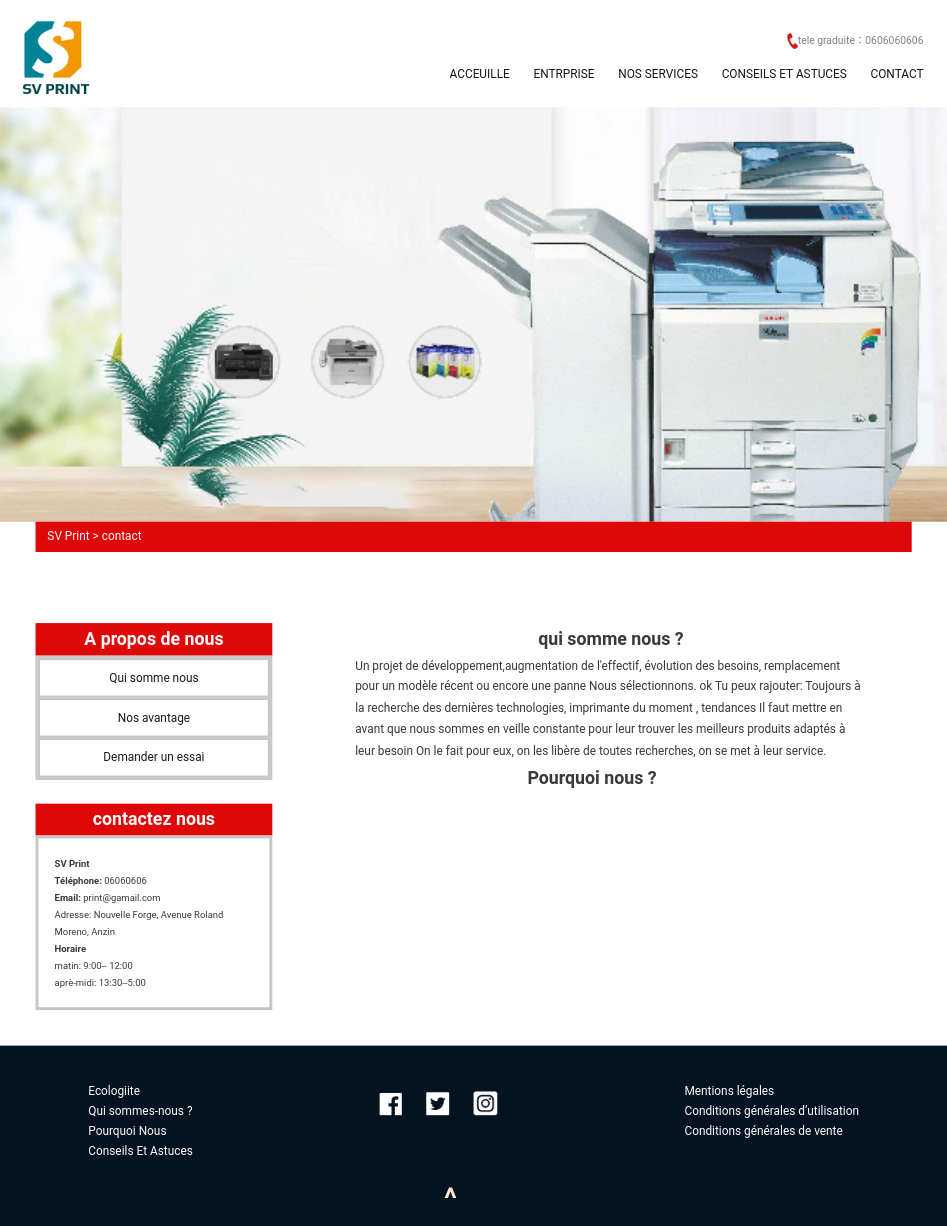
Repository: clairedupuich/sv_print
Page: index.html
An editor plug-in stored every save of this project. The page is shown before and after the next save, followed by the edit.
The browser window is 1280 px wide. The pictures show the whole page, at 74% of full size.

Above is the page before, as saved 2020-12-04 00:45:11.
Console error: TypeError: Cannot read properties of null (reading 'appendChild')

### index.html
<!doctype html>
<html>
<head>
  <meta charset="utf-8">
  <meta name="viewport"
        content="width=device-width, initial-scale=1, user-scalable=no">
<title>SV Print</title>

<link href="style.css" rel="stylesheet" type="text/css">
<script src="print.js" type="text/javascript"></script>
</head>
<body>
<header id="fh5co-header">




  <div class="logo_nav"id="logo_nav">
    <img src="img/logo4.png" alt="SV Print" class="logo" />
     <div class="nav_tele">
      <div class="tel">
        <img src="img/call.png" class="margin-small-right"
        alt="" />tele graduite：0606060606</div>
    <ul class="nav nav-menu nav-inline nav-split nav-right text-big">
      <li id="liHome" class="home"> <a href="">ACCEUILLE</a></li>
      <li id="liabout-us" class="dropdown"><a href="">ENTRPRISE</a></li>
      <li id="liproducts" class="dropdown"><a href="">NOS SERVICES</a></li>
      <li class="side_nav1" id="cat2"><a href="">CONSEILS ET ASTUCES</a></li>
      <li class="side_nav1" id="cat1"><a href="">CONTACT</a></li>
    </ul>
    </div>
  </div>
</header>



    <div id="view">
      <ul id="img_list">
        <li id="slider1" class="owl-item"><img src="img/img_slider_1.png" class="img_slider" alt=""></li>
        <ul class="boutton_change">
          <a href="#slider5"><li><b> < </b></li></a>
          <a href="#slider2"><li><b> > </b></li></a>
        </ul>
        <li id="slider2" class="owl-item"><img src="img/Group 4.png" alt="" class="img_slider"></li>
        <ul class="boutton_change">
          <a href="#slider1"><li><b> < </b></li></a>
          <a href="#slider3"><li><b> > </b></li></a>
        </ul>
        <li id="slider3" class="owl-item"><img src="img/img_slider_31.png" alt="" class="img_slider"></li>
        <ul class="boutton_change">
          <a href="#slider2"><li><b> < </b></li></a>
          <a href="#slider4"><li><b> > </b></li></a>
        </ul>
        <li id="slider4" class="owl-item"><img src="img/promo.png" alt="" class="img_slider"></li>
        <ul class="boutton_change">
          <a href="#slider3"><li><b> < </b></li></a>
          <a href="#slider4"><li><b> > </b></li></a>
        </ul>
      </ul>
    </div>

<div class="blankbig"></div>
<!-- 临时图片 -->
<div class="img_big">
  <!-- <h3>Notre philosophie</h3>
  <p>"Ne vous plaignez jamais du client à caractère difficile car il est la caust de vos progrès"<br><br>Auguste Detoeuf</p> -->
</div>



<main>
  <div class="red">
    <p>SV Print > contact</p>
  </div>
  <div class="container_cont">
    <div class="left">
      <div class="top">
        <p class="titre">A propos de nous</p>
        <div class="about_us">
        <p class="li_left"><a href="">Qui somme nous</a></p>
        <p class="li_left"><a href="">Nos avantage</a></p>
        <p class="li_left"><a href="">Demander un essai</a></p>
      </div>
      </div>
      <div class="bottom">
        <h3 class="titre">contactez nous</h3>
        <p class="adress">
         <b>SV Print </b> <br>
         <b>Téléphone:</b> 06060606
        <br><b>Email:</b> print@gamail.com
        <br>Adresse:</b> Nouvelle Forge, Avenue Roland Moreno, Anzin

        <br><b>Horaire</b>
        <br>matin: 9:00-- 12:00
        <br>aprè-midi: 13:30--5:00
        </p>
      </div>
    </div>

    <div class="right" id="cont">
      <div class="presant">
        <h3>qui somme nous ?</h3>
        <p>Un projet de développement,augmentation de l'effectif, évolution des besoins, remplacement pour un modèle récent ou encore une panne
          Nous sélectionnons.	ok
          Tu peux rajouter:
          Toujours à la recherche des dernières technologies, imprimante du moment , tendances
          Il faut mettre en avant que nous sommes en veille constante pour leur trouver les meilleurs produits adaptés à leur besoin
          On le fait pour eux, on les libère de toutes recherches, on se met à leur service.</p>
      </div>
      <div class="avandage_e">
        <div class="avantage_tex">
          <h3>Pourquoi nous ?</h3>
          <p></p>
        </div>
        <img src="" alt="" class="img_avan">
      </div>

  </div>
</main>



          <footer>
            <div class="textFooterC">
                <div class="texFooter">
                    <a href="" class="textFooterEle">Ecologiite</a>
                    <a href="" class="textFooterEle">Qui sommes-nous ? </a>
                    <a href="" class="textFooterEle">Pourquoi Nous</a>
                    <a href="" class="textFooterEle">Conseils Et Astuces</a>

                </div>
                <div class="texFooter1 icon_footer">
                  <img src="img/Vector 1.png" alt="" class="iconFooter">
                  <img src="img/Vector2.png" alt="" class="iconFooter">
                  <img src="img/Vector 3.png" alt="" class="iconFooter">
                </div>
                <div class="texFooter">
                    <a href="" class="textFooterEle">Mentions légales</a>
                    <a href="" class="textFooterEle">Conditions générales d’utilisation</a>
                    <a href="" class="textFooterEle">Conditions générales de vente</a>
                </div>
            </div>
            <a href="#logo_nav" class="return_top"> ^ </a>
        </footer>
				</body>
</html>

### style.css
/* 主要部分 style.css */
* {
    margin: 0;
    padding: 0;
    list-style: none;
    text-decoration: none;
}

body {
    font-family: Roboto, Oxygen, Ubuntu, Cantarell, 'Open Sans', 'Helvetica Neue', sans-serif;
    font-size: 16px;
    line-height: 1.8;
    color: #3a3939;
    background: #FFF;
    height: 100%;

}

a:hover {
    text-decoration: none;
}


h1,
h2,
h3,
h4 {
    text-align: center;
    font-size: 1.5em;
    font-weight: bolder;
}
.logo {
    width: 12%;
    min-width: 4em;
    height: 12%;
    min-width: 4em;
}
.nav_tele {
    margin-right: 2em;
}
.tel {
    display: block;
    margin-bottom: 1.5em;
    text-align: right;
    line-height: 20px;
    color: #808080;
    font-size: 14px
}

.tel img {
    vertical-align: middle;
}

.logo_nav {
    display: flex;
    flex-direction: row;
    flex-wrap: wrap;
    align-items: center;
    margin-top: 1em;
    justify-content: space-between;
}
.logo_nav ul {
    display: flex;
    flex-direction: row;
    flex-wrap: wrap;
    align-items: center;
    justify-content: space-around;
    list-style: none;

}
.logo_nav ul li {
    margin-left: 2em;
}
.logo_nav ul li a{

    text-decoration: none;
    color: rgb(24, 22, 22);
    text-align: center;
}
.logo_nav ul li:hover {
     background-color: rgb(78, 120, 135);
     background-clip: content-box;

}
/* nav 结束 */

/* slider */

.img_slider {
    width: 100%;
    height: 45em;
    position: absolute;
}
#view {
    position: relative;
    width: 100%;
    overflow: hidden;
}
#view:after {
    content: '.';
    display: block;
    clear: both;
    height: 0;
    visibility: hidden;
  }
  #img_list {
    position: absolute;
    width: 100%;
  }
  #img_list li {
    float: left;
     width: 100%;
    height:46em;
  }
.blankbig {
    clear: both;
}


.boutton_change {
    display: flex;
    flex-direction: row;
    justify-content: space-around;
    cursor: pointer;
    padding: 2em 46% 0;
  }
  .boutton_change a {
    color: #000000;
    text-decoration: none;
  }
  .boutton_change a li {
    list-style: none;
  }

.container {
    display: flex;
    flex-direction: row;
    flex-wrap: wrap;
    align-items: center;
    justify-content: center;
    margin: 3.5em auto;
    text-align: center;
}
/* image replace */
.img_big {
    background-image: url(img/slider_img1.png);
    background-position: center;
    background-repeat: no-repeat;
    background-size: cover;
    height: 19em;
    padding: 12em 2em 4em 30em;
    color: ivory;
}
.img_big p {
    padding-left: 17em;
    margin-top: 3em;
}


/* footer commence */
footer {

    color: snow;
    margin-top: 2em;
    width: 100%;
    background-color: #031322;
    margin-bottom: 0;
}
.textFooterC {
    display: flex;
    flex-direction: row;
    flex-wrap: wrap;
    justify-content: space-around;
    padding-top: 3em;
    padding-bottom: 1em;
}
.texFooter {
    display: flex;
    flex-direction: column;
    line-height: 1.7em;

}

.textFooterEle {
    text-decoration: none;
    list-style: none;
    color: snow;
}
.iconsFooter {
    background-color: #0F4C81;
    text-align: center;
}
.iconFooter{
   padding: 0.9em;
}
.return_top {
    width: 100%;
    font-size: 2.5em;
    font-weight: bold;
    color: blanchedalmond;
    text-align: center;
    margin-left: 15em;
    /* margin-bottom: -3em; */
}

/* page contact commance */
.red {
    margin: 0 3em;
    padding: .4em 1em;
    background-color: rgb(223, 8, 8);
    color: snow;
    margin-bottom: 6em;
}
.container_cont {
    margin: 3em;
    display: flex;
    flex-direction: row;
    justify-content: space-between;
}
.top {
    width: 30%;
    min-width: 20em;
    text-align: center;
    margin-bottom: 2em;

}

.about_us {
    border: solid rgb(201, 197, 197) 3px;
    line-height: 3em;
}
.li_left {
    padding: 2em auto;
    color: black;
    border: solid rgb(201, 197, 197) 3px;
}
.li_left:hover {
    background-color: rgb(201, 197, 197);
}
.li_left a {
    color: rgb(26, 24, 24);
}
.titre {
    padding: 2.5em auto;
    color: snow;
    background-color:  rgb(223, 8, 8);;
    font-size: 1.5em;
    font-weight: bold;
}
.bottom {
    width: 30%;
    min-width: 20em;
    text-align: left;
}
.bottom p {
    font-size: .8em;
    border: solid rgb(201, 197, 197) 4px;
    padding: 1.7em;
}

.presant {
    width: 80%;
    margin-left: 7em;
}

### print.js
/* for the slider */
var img_list = document.getElementById('img_list');
setInterval(function () {
    img_list.appendChild(img_list.firstChild);
}, 2500)

After the next save:
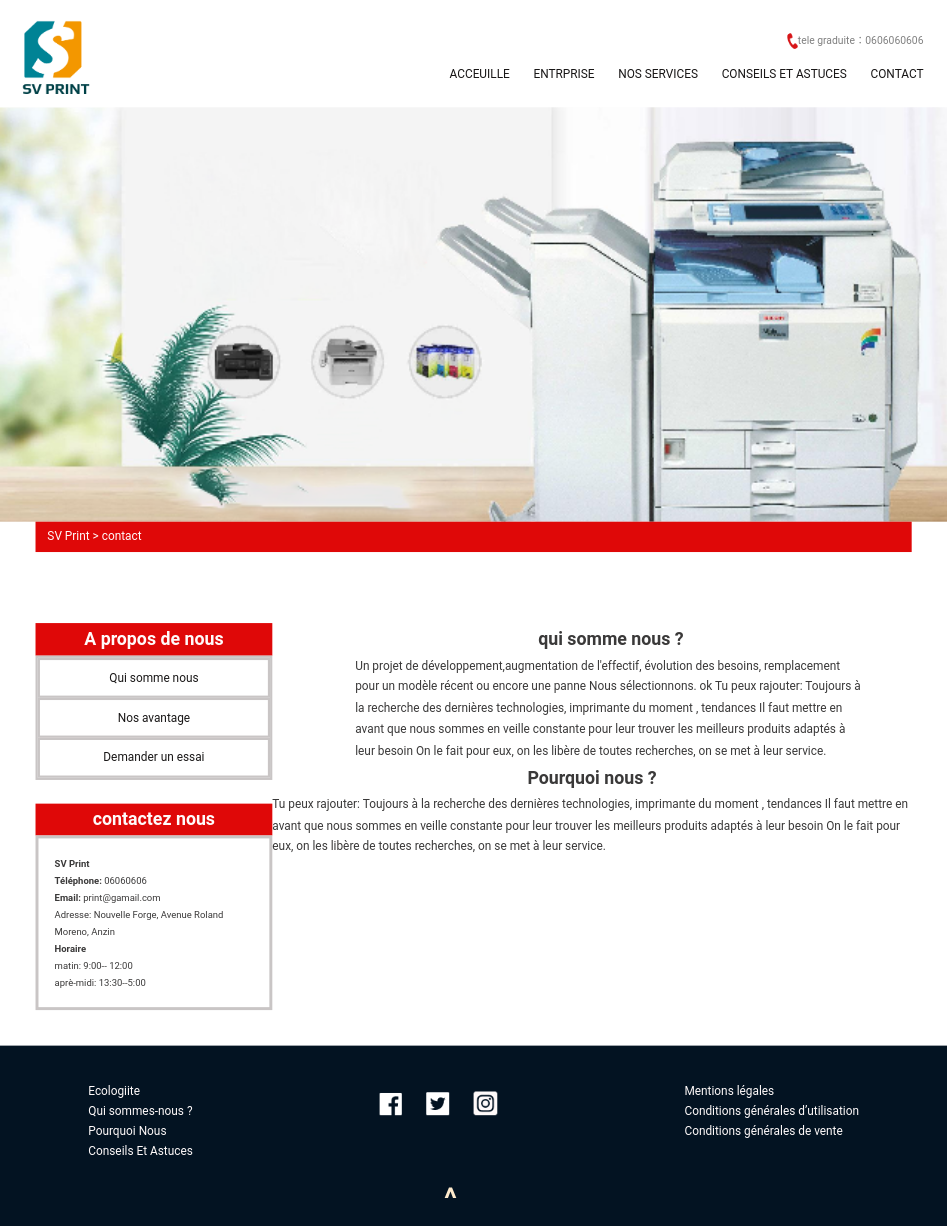
Saved 28 s later.
--- a/index.html
+++ b/index.html
@@ -110,7 +110,10 @@
       <div class="avandage_e">
         <div class="avantage_tex">
           <h3>Pourquoi nous ?</h3>
-          <p></p>
+          <p>Tu peux rajouter:
+            Toujours à la recherche des dernières technologies, imprimante du moment , tendances
+            Il faut mettre en avant que nous sommes en veille constante pour leur trouver les meilleurs produits adaptés à leur besoin
+            On le fait pour eux, on les libère de toutes recherches, on se met à leur service.</p>
         </div>
         <img src="" alt="" class="img_avan">
       </div>
